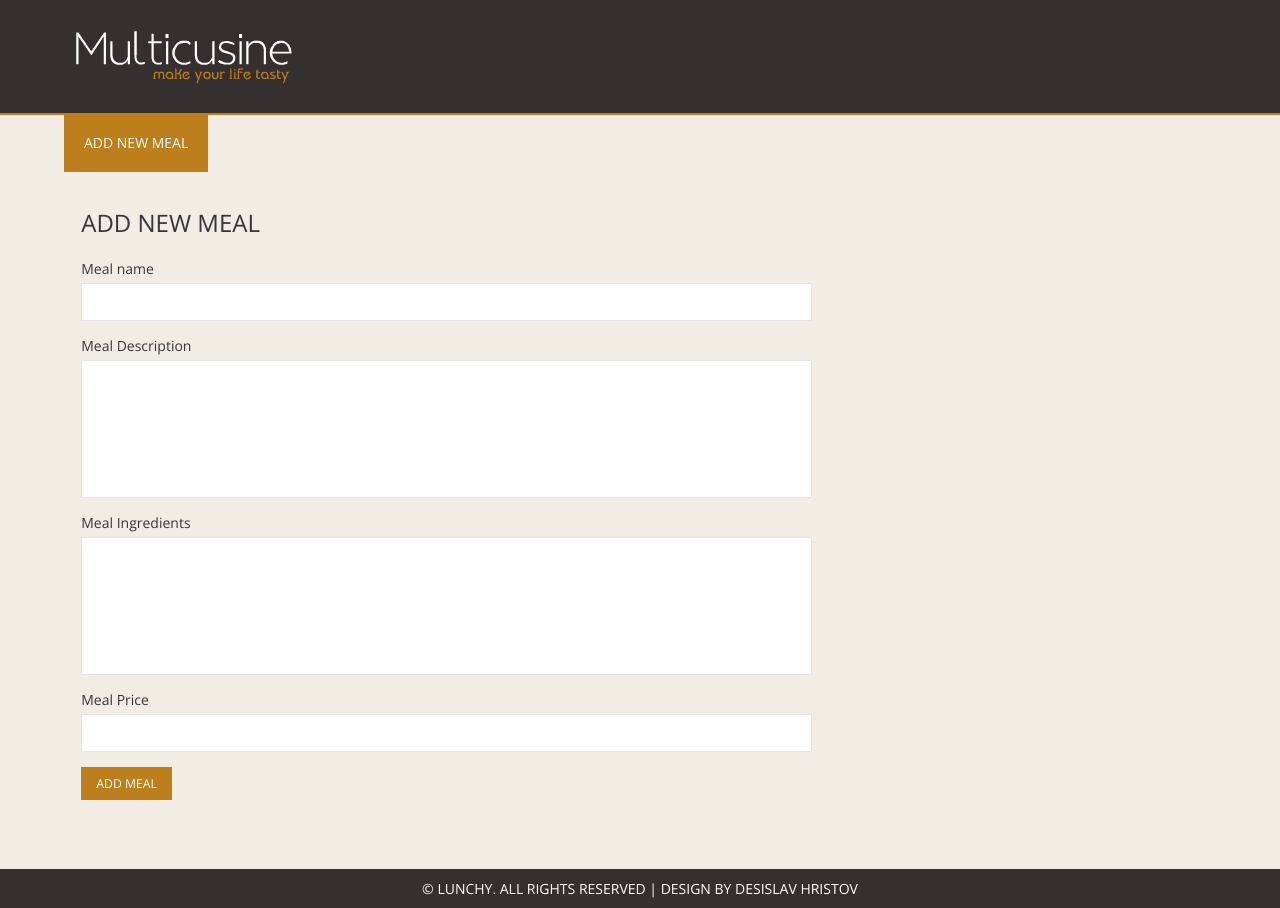
Repository: desso919/lunchy
Page: http://localhost/Lunchy/web/AddNewMealPage.jsp
These files come from the project's save history. The page is drawn as it stood at one moment and after the next save; the edit follows.
The browser window is 1280 px wide. The pictures show the whole page.
The page is served by Tomcat 9. Nobody is signed in. The application's start-up code is not run. Other server files are loaded and not shown.

Above is the page before, as saved 2018-01-13 22:14:16.

### Lunchy/WebContent/web/AddNewMealPage.jsp
<%@ page language="java" contentType="text/html; charset=ISO-8859-1"
	pageEncoding="ISO-8859-1"%>
<!DOCTYPE HTML>
<html>
<head>
<title>Lunchy</title>
<meta http-equiv="Content-Type" content="text/html; charset=utf-8" />
<meta name="viewport"
	content="width=device-width, initial-scale=1, maximum-scale=1">
<link href="css/style.css" rel="stylesheet" type="text/css" media="all" />
<link href='//fonts.googleapis.com/css?family=Open+Sans'
	rel='stylesheet' type='text/css'>
</head>
<body>
	<!----start-header----->
	<div class="header">
		<div class="wrap">
			<div class="top-header">
				<div class="logo">
					<a href="index.html"><img src="images/logo.png" title="logo" /></a>
				</div>
				<div class="clear"></div>
			</div>
			<!---start-top-nav---->
			<div class="top-nav">
				<div class="top-nav-left">
					<ul>
						<li class="active"><a href="index.html">Add New Meal</a></li>
					</ul>
				</div>
			</div>
			<!---End-top-nav---->
		</div>
	</div>
	<!----End-header----->
	<!---start-contact---->
	<div class="contact">
		<div class="wrap">
			<div class="section group">

				<div class="col span_2_of_3">
					<div class="contact-form">
						<h3>Add New Meal</h3>
						<form>
							<div>
								<span><label>Meal name</label></span> <span><input
									name="mealName" type="text" class="textbox"></span>
							</div>
							<div>
								<span><label>Meal Description</label></span> <span><textarea
										name="description"> </textarea></span>
							</div>
							<div>
								<span><label>Meal Ingredients</label></span> <span><textarea
										name="ingredients"> </textarea></span>
							</div>
							<div>
								<span><label>Meal Price</label></span> <span><input
									name="price" type="text" class="textbox"></span>
							</div>

							<div>
								<span><input type="submit" class="mybutton"
									value="Add Meal"></span>
							</div>
						</form>

					</div>
				</div>
			</div>
		</div>
	</div>
	</div>
	<div class="copy-right">
		<div class="top-to-page">
			<a href="#top" class="scroll"> </a>
			<div class="clear"></div>
		</div>
		<p>© Lunchy. All Rights Reserved | Design by Desislav Hristov</p>
	</div>
	<!---End-footer---->
</body>
</html>

### Lunchy/WebContent/web/css/style.css
/* reset */
html,body,div,span,applet,object,iframe,h1,h2,h3,h4,h5,h6,p,blockquote,pre,a,abbr,acronym,address,big,cite,code,del,dfn,em,img,ins,kbd,q,s,samp,small,strike,strong,sub,sup,tt,var,b,u,i,dl,dt,dd,ol,nav ul,nav li,fieldset,form,label,legend,table,caption,tbody,tfoot,thead,tr,th,td,article,aside,canvas,details,embed,figure,figcaption,footer,header,hgroup,menu,nav,output,ruby,section,summary,time,mark,audio,video{margin:0;padding:0;border:0;font-size:100%;font:inherit;vertical-align:baseline;}
article, aside, details, figcaption, figure,footer, header, hgroup, menu, nav, section {display: block;}
ol,ul{list-style:none;margin:0px;padding:0px;}
blockquote,q{quotes:none;}
blockquote:before,blockquote:after,q:before,q:after{content:'';content:none;}
table{border-collapse:collapse;border-spacing:0;}
/* start editing from here */
a{text-decoration:none;}
.txt-rt{text-align:right;}/* text align right */
.txt-lt{text-align:left;}/* text align left */
.txt-center{text-align:center;}/* text align center */
.float-rt{float:right;}/* float right */
.float-lt{float:left;}/* float left */
.clear{clear:both;}/* clear float */
.pos-relative{position:relative;}/* Position Relative */
.pos-absolute{position:absolute;}/* Position Absolute */
.vertical-base{	vertical-align:baseline;}/* vertical align baseline */
.vertical-top{	vertical-align:top;}/* vertical align top */
nav.vertical ul li{	display:block;}/* vertical menu */
nav.horizontal ul li{	display: inline-block;}/* horizontal menu */
img{max-width:100%;}
/*end reset*/
body{
	background:#F1EDE4;
	font-family:Arial, Helvetica, sans-serif;
}
/*----start-wrap-----*/
.wrap{
	width:80%;
	margin:0 auto;
}
/*----start-header-----*/
.header{
	background:#352f2f;
	border-bottom:2px solid #bd7f1c;
}
.logo{
	float:left;
}
.social-icons{
	float:right;
	margin-top: 1.1%;
}
.social-icons ul li{
	display:inline-block;
}
.social-icons ul li a{
	color:#363638;
	font-family: 'Open Sans', sans-serif;
	font-size:0.875em;
	transition: 0.5s ease;
	-o-transition: 0.5s ease;
	-webkit-transition: 0.5s ease;
}
.social-icons ul li a:hover{
	color:#026660;
}
.social-icons ul li a img{
	vertical-align:middle;
	padding-right: 5px;
}
/*------start-top-nav------*/
.top-nav {
	background:#4a4444;
}
.top-nav-left{
	float:left;
}
.top-nav-right{
	float:right;
	padding: 7px 10px;
}
.top-nav-left ul li{
	display:inline-block;
	float:left;
	border-left:1px solid #3D3D3D;
}
.top-nav-left  ul li:nth-child(1){
	border:none;
}
.top-nav-left ul li a{
	padding:20px;
	display:block;
	color:#FFFFFF;
	font-family: 'Open Sans', sans-serif;
	text-transform: uppercase;
	font-size: 0.875em;
}
.top-nav-left li.active a, .top-nav-left li a:hover {
	background:#bd7f1c;
}
.top-header {
	padding: 20px 0;
}
.top-nav-right input[type="submit"]{
	background: url(../images/search-icon.png) no-repeat 42% 50% #bd7f1c;
	padding:14px 20px;
	border: none;
	display: block;
	float: left;
	margin:0;
	outline:none;
	cursor:pointer;
	transition: 0.5s ease;
	-o-transition: 0.5s ease;
	-webkit-transition: 0.5s ease;
}
.top-nav-right input[type="submit"]:hover{
	background: url(../images/search-icon.png) no-repeat 42% 50% #996004;
}
.top-nav-right input[type="text"]{
	border:none;
	float:left;
	padding:14px 5px;
	outline:none;
	display: block;
	margin:0;
	-webkit-apperance:none;
}
/*---start-content-----*/
.top-grid{
	width: 31.33%;
	float: left;
	text-align: center;
	margin-right: 3%;
	font-family: 'Open Sans', sans-serif;
	background:#EAE4D8;
	padding: 1.5em 0;
	border-top:5px solid #BD7F1C;
	margin-top: -4em;
	-webkit-box-shadow: 0px 56px 36px -60px #121D12;
	-moz-box-shadow: 0px 56px 36px -60px #121D12;
	-o-box-shadow: 0px 56px 36px -60px #121D12;
}
.top-grid h3{
	color: #363638;
	font-size:1.5em;
	text-transform:uppercase;
}
.top-grid p{
	font-family: Arial, Helvetica, sans-serif;
	font-size: 0.875em;
	color:#816943;
	line-height: 1.5em;
	margin: 0.5em auto 0.8em auto;
	width: 90%;
}
.top-grid img{
	display: inline-block;
}
.button{
	color: #FFF;
	font-size: 0.875em;
	text-transform: uppercase;
	padding:10px 15px;
	border:none;
	display: inline-block;
	background:#BD7F1C;
	margin-top:10px;
	-webkit-transition: all 0.3s ease-out;
	-moz-transition: all 0.3s ease-out;
	-ms-transition: all 0.3s ease-out;
	-o-transition: all 0.3s ease-out;
	transition: all 0.3s ease-out;
}
.button:hover{
	background:#363638;
	color:#FFF;
}
.top-grids {
	margin: 0 0 3em 0;
}
.last-topgrid{
	margin:0;
	margin-top: -4em;
}
/*----start---mid-grid-----*/
.mid-grid h1{
	font-size:2em;
	font-family: 'Open Sans', sans-serif;
	color:#363638;
	text-transform:uppercase;
}
.mid-grid h2{
	font-size:1em;
	font-family: 'Open Sans', sans-serif;
	color:#BD7F1C;
	margin: 0.5em 0;
}
.mid-grid p{
	font-size: 0.875em;
	font-family: 'Open Sans', sans-serif;
	color:#816943;
	width: 73%;
	margin: 0 auto;
	line-height: 1.8em;
	margin-bottom: 1em;
}
.mid-grid {
	text-align: center;
	font-family: 'Open Sans', sans-serif;
	margin: 4em 0 0em 0;
	background:#EAE4D8;
	padding: 3em 0;
}

.mid-grid.button{
	display:block;
}
.button1{
	color: #FFF;
	font-size: 0.875em;
	text-transform: uppercase;
	padding:10px 15px;
	border: 1px solid #EEE;
	margin-top:10px;
	display: inline-block;
	background:#BD7F1C;
	-webkit-transition: all 0.3s ease-out;
	-moz-transition: all 0.3s ease-out;
	-ms-transition: all 0.3s ease-out;
	-o-transition: all 0.3s ease-out;
	transition: all 0.3s ease-out;
}
.button1:hover{
	background:#363638;
	color:#FFF;
}
/*-----bottom-grids----*/
.bottom-grid1 {
	width: 30%;
	float:left;
	margin-right: 3%;
}
.bottom-last {
	margin-right:0;
}
.bottom-grids{
	font-family: 'Open Sans', sans-serif;
	padding: 2em 0 3em 0;
}
.bottom-grid1 h3,.bottom-grid2 h3{
	color:#aa8036;
	font-family: 'Open Sans', sans-serif;
	font-size:1.5em;
	padding: 15px 0px 15px 0px;
	border-bottom: 1px solid #E9E9E9;
	margin-bottom: 13px;
	text-transform: uppercase;
}
.bottom-grid1 span,.bottom-grid2 span{
	color: #BD7F1C;
	font-family: 'Open Sans', sans-serif;
	font-size: 16px;
}
.bottom-grid1 p,.bottom-grid2 p{
	font-size: 0.875em;
	color:#816943;
	line-height: 1.6em;
	font-family: Arial, Helvetica, sans-serif;
	padding: 8px 0px 10px 0px;
}
.bottom-grid1 ul li a{
	display:block;
	color: #816943;
	font-family: Arial, Helvetica, sans-serif;
	font-size:0.875em;
	padding:8px 0px 8px 10px;;
	background:url(../images/marker.png) no-repeat 0;
	transition: 0.5s ease;
	-o-transition: 0.5s ease;
	-webkit-transition: 0.5s ease;
}
.bottom-grid1 ul li a:hover{
	color:#BD7F1C;
}
.bottom-grid-fristlink{
	background: #026660;
	padding: 10px;
	color: #fff;
	font-family: 'Open Sans', sans-serif;
	font-weight: bold;
	transition: all 0.3s;
}
.bottom-grid-fristlink img{
	vertical-align:middle;
}
.bottom-grid-fristlink:hover{
	color:#000;
}
.bottom-grid2 ul li{
	display: inline-block;
	width:46%;
	padding:0px 5px;
}
.bottom-grid2 {
	float: left;
	width: 33%;
	margin-right: 3%;
}
.bottom-mid span{
	color:#BD7F1C;
}
.bottom-mid a{
	background:#BD7F1C;
}
.bottom-last a{
	background:#BD7F1C;
}
.bottom-last span{
	color:#BD7F1C;
}
.gallery li a img{
	display:block;
}
/*---footer----*/
.footer{
	background:#574d41;
	padding:20px 0px;
	margin-top: 30px;
}
.footer-grid{
	float:left;
	width: 24%;
	margin-right: 2%;
}
.footer-grid h3{
	font-family: 'Open Sans', sans-serif;
	color: #FFF;
	font-size:1.2em;
	text-transform: uppercase;
	padding: 10px 0 3px 0px;
}
.footer-grid p{
	font-size: 0.85em;
	padding:5px 0;
	color:#A3A3A3;
	line-height: 1.8em;
	font-family: Arial, Helvetica, sans-serif;
}
.footer-grid a{
	font-family: 'Open Sans', sans-serif;
	color: #BD7F1C;
	font-size: 0.875em;
	text-transform: uppercase;
	background:#FFF;
	padding: 10px 15px;
	display: inline-block;
	margin: 9px 0;
	-webkit-transition: all 0.3s ease-out;
	-moz-transition: all 0.3s ease-out;
	-ms-transition: all 0.3s ease-out;
	-o-transition: all 0.3s ease-out;
	transition: all 0.3s ease-out;
}
.footer-grid a:hover{
	background:#BD7F1C;
	color:#FFF;
}
.footer-grid ul li{
	display:block;
}
.center-grid a{
	background: none;
	padding: 0px;
	color:#C2C2C2;
	margin: 5px;
	border-bottom: 1px ridge rgba(192, 192, 192, 0.13);
	padding: 0px 0px 9px 0px;
}
.center-grid{
	width:20%;
}
.center-grid a:hover{
	background:none;
}
.center-grid ul{
	margin-top:5px;
}
.twitts p label{
	font-weight:bold;
	font-size:1em;
	cursor:pointer;
	padding-right:5px;
}
.twitts span{
	display:block;
	color:#BD7F1C;
	font-family: 'Open Sans', sans-serif;
	-webkit-transition: all 0.3s ease-out;
	-moz-transition: all 0.3s ease-out;
	-ms-transition: all 0.3s ease-out;
	-o-transition: all 0.3s ease-out;
	transition: all 0.3s ease-out;
	font-size:0.85em;
}
.twitts span:hover{
	color:#fff;
	cursor:pointer;
}
/*----copy-right-----*/
.copy-right{
	text-align:center;
	padding:10px 0px;
	background:#352F2F;
	position:relative;
}
.copy-right p{
	font-family: 'Open Sans', sans-serif;
	color: #FFF;
	font-size: 0.875em;
	text-transform: uppercase;
}
.copy-right p a{
	color:#BD7F1C;
	font-family: 'Open Sans', sans-serif;
	-webkit-transition: all 0.3s ease-out;
	-moz-transition: all 0.3s ease-out;
	-ms-transition: all 0.3s ease-out;
	-o-transition: all 0.3s ease-out;
	transition: all 0.3s ease-out;
}
.copy-right p a:hover{
	color:#fff;
}
/*---about-us----*/
.about-us {
	padding: 30px 0 50px 0;
}
.about-header h3{
	font-family: 'Open Sans', sans-serif;
	font-size: 1.5em;
	color: #363638;
	text-transform: uppercase;
}
.about-info a{
	text-transform: uppercase;
	font-size:1em;
	font-family: 'Open Sans', sans-serif;
	color:#BD7F1C;
	transition: 0.5s ease;
	-o-transition: 0.5s ease;
	-webkit-transition: 0.5s ease;
	padding: 1em 0 0.5em 0;
	display: block;
}
.about-info p{
	font-size: 0.85em;
	color: #816943;
	font-family: Arial, Helvetica, sans-serif;
	line-height: 1.8em;
}
/*-----specials-heading----*/
.specials-heading h5{
	float: left;
	width: 33%;
	height: 1px;
	background: #D1D1D1;
	margin: 24px 0px 0px 0px;
}
/*----special-grid------*/
.special-grid {
	float: left;
	width: 32%;
	margin-right: 2%;
	text-align: center;
}
.specials {
	margin-top: 2em;
}
.special-grid img{
	width:100%;
}
.special-grid a{
	text-transform: uppercase;
	font-size: 1.2em;
	font-family: 'Open Sans', sans-serif;
	color:#BD7F1C;
	transition: 0.5s ease;
	-o-transition: 0.5s ease;
	-webkit-transition: 0.5s ease;
	padding: 0.3em 0;
	display: block;
}
.special-grid p{
	font-size: 0.85em;
	color: #816943;
	font-family: Arial, Helvetica, sans-serif;
	padding: 0em 1em 1em 1em;
	line-height: 1.5em;
}
.spe-grid{
	margin: 0px;
}
.specials-grids {
	padding: 25px 0 60px 0;
}
/*-----specials-heading----*/
.specials-heading h3{
	font-family: 'Open Sans', sans-serif;
	font-size: 1.5em;
	color:#363638;
	text-transform: uppercase;
}
/*----start-testmonial-grid----*/
.testmonial-grid{
	text-align:center;
}
.testmonial-grid h3{
	font-family: 'Open Sans', sans-serif;
	font-size:1.8em;
	color: #363638;
	text-align: center;
	text-transform: uppercase;
	padding: 0em 0 0.5em 0;
}
.testmonial-grid p{
	font-size: 0.875em;
	color:#816943;
	font-family: Arial, Helvetica, sans-serif;
	padding: 0em 1em 1em 1em;
	line-height: 1.8em;
}
.testmonial-grid a{
	font-size: 1.2em;
	font-family: 'Open Sans', sans-serif;
	color:#BD7F1C;
}
.testmonials{
	background:#EAE4D8;
	padding: 30px 0;
}
/*---start-services----*/
.services {
	padding: 30px 0 0px 0;
}
.services-header h3{
	font-family: 'Open Sans', sans-serif;
	font-size: 1.5em;
	color: #363638;
	text-transform: uppercase;
}
.services-grid{
	width:25%;
	float:left;
}
.services-grid a{
	text-transform: uppercase;
	font-size: 1em;
	font-family: 'Open Sans', sans-serif;
	color:#BD7F1C;
	transition: 0.5s ease;
	-o-transition: 0.5s ease;
	-webkit-transition: 0.5s ease;
	padding: 1em 0 0.5em 0;
	display: block;
}
.services-grid p{
	font-size: 0.875em;
	color:#816943;
	font-family: Arial, Helvetica, sans-serif;
	line-height: 1.8em;
}
/*---start-gallery---*/
.gallerys {
	font-family: 'Open Sans', sans-serif;
}
.gallerys h3{
	font-family: 'Open Sans', sans-serif;
	font-size: 1.5em;
	color: #363638;
	text-transform: uppercase;
	padding:1em 0;
}
.gallery-grid{
	width: 31.44%;
	float:left;
}
.gallery-grid p {
	font-size: 0.875em;
	padding: 0.2em 0em 1.2em 0em;
	color: #6a6a6a;
	line-height: 1.8em;
	font-family: Arial, Helvetica, sans-serif;
}
.gallery-button a {
	color: #FFF;
	font-size: 0.85em;
	text-transform: uppercase;
	padding:8px 10px;
	border: 1px solid #EEE;
	display: inline-block;
	background:#BD7F1C;
}
.gallery-button a:hover {
	background: #363638;
	color: #FFF;
}
.grid2{
	margin: 0px 35px;
}
.gallery-grids {
	margin-bottom: 30px;
}
.gallery-grid a{
	display:inline-block;
	position:relative;
}
.gallery-grid a img{
	display:block;
	max-width:100%;
}
.gallery-grid a span {
	position:absolute;
	width: 100%;
	height: 100%;
	top: 0px;
	left: 0px;
	text-align: center;
	line-height:4em;
	color:#fff;
	font-family: 'Open Sans', sans-serif;
	text-shadow: 0px 1px 1px #000;
	font-size:3em;
	opacity: 0;
	filter: alpha(opacity=0); /* internet explorer */
	-ms-filter: "progid:DXImageTransform.Microsoft.Alpha(opacity=0)"; /*IE8*/
	background: rgba(64, 72, 109, 0.61);
	-moz-transition: opacity 0.3s linear;
	-o-transition: opacity 0.3s linear;
	-ms-transition: opacity 0.3s linear;
	transition: opacity 0.3s linear;
}
.gallery-grid a:hover span {
	opacity: 1;
	filter: alpha(opacity=99); /* internet explorer */
	-ms-filter: "progid:DXImageTransform.Microsoft.Alpha(opacity=99)"; /*IE8*/
}
.projects-bottom-paination ul li{
	display:inline-block;
}
.projects-bottom-paination{
	text-align: center;
	padding: 55px 0;
	font-family: 'Open Sans', sans-serif;
}
.projects-bottom-paination li a{
	font: 400 12px/1.2em Arial;
	color: #5a5a5a;
	padding: 11px 18px;
	background: #fff;
	text-decoration: none;
	text-shadow: none;
	border: 1px solid #e9e9e9;
	margin-top: 16px;
}
.projects-bottom-paination li.active a, .projects-bottom-paination li a:hover {
	background:#BD7F1C;
	color:#fff;
}
.gallery-grid h4{
	font-family: 'Open Sans', sans-serif;
	font-size: 18px;
	line-height: 22px;
	text-transform: uppercase;
	color: #363638;
	-webkit-transition: all 0.3s ease-out;
	-moz-transition: all 0.3s ease-out;
	-ms-transition: all 0.3s ease-out;
	-o-transition: all 0.3s ease-out;
	transition: all 0.3s ease-out;
	cursor: pointer;
	padding: 13px 0px 2px 0px;
}
.gallery-grid h4:hover{
	color:#BD7F1C;
}
/*---contect----*/
/*  Contact Form  ============================================================================= */
.section {
	clear: both;
	padding: 0px;
	margin: 0px;
}
.group:before,
.group:after {
    content:"";
    display:table;
}
.group:after {
    clear:both;
}
.group {
    zoom:1;
}
.col{
	display: block;
	float:left;
	margin: 1% 0 1% 1.6%;
}
.col:first-child{
	margin-left:0;
}
.span_2_of_3 {
	width: 63.1%;
	padding:1.5%;
}
.span_1_of_3 {
	width: 29.2%;
	padding:1.5%;
}
.span_2_of_3  h3,
.span_1_of_3  h3 {
	font-family: 'Open Sans', sans-serif;
	font-size: 1.5em;
	color: #363638;
	text-transform: uppercase;
	padding:5px 0;
	margin-bottom:10px;
}
.contact-form{
	position:relative;
	padding-bottom:30px;
}
.contact-form div{
	padding:5px 0;
}
.contact-form span{
	display:block;
	font-size: 0.875em;
	color: #363638;
	padding-bottom:5px;
	font-family: 'Open Sans', sans-serif;
}
.contact-form input[type="text"],.contact-form textarea{
		    padding:8px;
			display:block;
			width:98%;
			border: none;
			outline:none;
			color:#363638;
			font-size:1.2em;
			font-family:Arial, Helvetica, sans-serif;
			border: 1px solid rgba(192, 192, 192, 0.41);
			-webkit-appearance:none;
}
.contact-form input[type="text"]:focus,.contact-form textarea:focus{
	border:1px solid #F1DDBD;
}
.contact-form textarea{
		resize:none;
		height:120px;
}
.mybutton{
	color: #FFF;
	font-size: 0.875em;
	text-transform: uppercase;
	padding:8px 15px;
	border: 1px solid #EEE;
	display: inline-block;
	background:#BD7F1C;
	border:none;
	outline: none;
	cursor:pointer;
	font-family: 'Open Sans', sans-serif;
	-webkit-appearance:none;
}
.mybutton:hover{
	background:#222;
	color: #FFF;
}
.company_address{
}
.company_address p{
	font-size: 0.875em;
	color:#816943;
	line-height: 1.8em;
	font-family: Arial, Helvetica, sans-serif;
}
.company_address p span a{
	text-decoration:underline;
	color:#947037;
	cursor:pointer;
}
.company_address p span a:hover{
	text-decoration:none;
}
.map{
	margin-bottom:15px;
}

/***** Media Quries *****/
@media only screen and (max-width: 1024px) {
	.wrap{
		width:95%;
	}
}
/*  GO FULL WIDTH AT LESS THAN 800 PIXELS */

@media only screen and (max-width: 800px) {
	.wrap{
		width:95%;
	}
	.span_2_of_3 {
		width:94%;
		padding:3%;
	}
	.col{
		margin: 1% 0 1% 0%;
	}
	.span_1_of_3 {
		width:94%;
		padding:3%;
	}
}

/*  GO FULL WIDTH AT LESS THAN 640 PIXELS */

@media only screen and (max-width: 640px) and (min-width: 480px) {
	.wrap{
		width:95%;
	}
	.span_2_of_3 {
		width:94%;
		padding:3%;
	}
	.col{
		margin: 1% 0 1% 0%;
	}
	.span_1_of_3 {
		width:94%;
		padding:3%;
	}
   .contact-form input[type="text"],.contact-form textarea{
		width:97%;
	}
}
/*  GO FULL WIDTH AT LESS THAN 480 PIXELS */

@media only screen and (max-width: 480px) {
	.wrap{
		width:95%;
	}
	.span_2_of_3 {
		width:90%;
		padding:5%;
	}
	.col {
		margin:0%;
	}
	.span_1_of_3 {
		width:90%;
		padding:5%;
	}
	.contact-form input[type="text"],.contact-form textarea{
		width:92%;
	}
}
.contact-footer{
	border-top: 1px solid rgba(69, 69, 69, 0.13);
	padding: 25px 0px 0px 0px;
}
/*----responsive-design-----*/
@media only screen and (max-width: 1366px) and (min-width: 1280px) {
	.wrap{
		width:90%;
	}
}
@media only screen and (max-width: 1280px) and (min-width: 1024px) {
	.wrap{
		width:90%;
	}
}
@media only screen and (max-width: 1024px){
	.wrap{
		width:90%;
	}
	.bottom-grid2 ul li {
		width: 45.5%;
	}
	.bottom-grid2 ul li{
		padding:8px 5px;
	}
	.gallery-grid a span{
		line-height:3em;
	}
	.grid2 {
		margin: 0px 34px;
	}
	.gallery-grid {
		width: 30.7%;
	}
}
@media only screen and (max-width: 800px) {
	.wrap{
		width:95%;
	}
	.bottom-grid2 ul li{
		width:44.5%;
	}
	.gallery-grid {
		width: 30%;
   }
}
@media only screen and (max-width: 768px) {
.top-nav-right {
    float: right;
    padding: 7px 9px;
}
}
@media only screen and (max-width: 736px) {
.top-nav-left ul li a {
    padding: 17px;
	}
	}
	@media only screen and (max-width: 600px) {
	.top-nav-left ul li a {
    padding: 20px 6px;
}
}
@media only screen and (max-width: 640px) {
	.wrap{
		width:95%;
	}
	.top-nav-left ul li a{
		padding:20px 8px;
		font-size:0.8em;
	}
	.top-grid h3{
		font-size:1.2em;
	}
	.mid-grid p{
	   width:100%;
	}
	.mid-grid{
		padding:1em 0;
	}
	.bottom-grid1,.bottom-grid2{
		width:94%;
		padding:3%;
		margin-right:0;
	}
	.bottom-grids{
		padding:0;
	}
	.bottom-grid1 h3, .bottom-grid2 h3{
		padding:0;
	}
	.footer{
		margin-top:0;
		padding:0;
	}
	.footer-grid{
		width:94%;
		padding:3%;
		margin-right:0;
	}
	.services-grid{
		float:none;
		width:100%;
	}
    .gallery-grid{
       width:29%;
    }
}
@media only screen and (max-width: 480px) {
	.wrap{
		width:95%;
	}
	.top-nav-left ul li a{
		padding:15px 18px;
	}
	.top-grid{
		float:none;
		width:94%;
		padding:3%;
		margin-right:0;
		margin-top:15px;
	}
	.top-grids{
		margin:0;
	}
	.mid-grid{
		margin:1em 0 0 0;
	}
	.specials-grids{
		padding:5px 0;
	}
	.special-grid{
		float:none;
		width:94%;
		padding:3%;
		margin-right:0;
	}
	.gallery-grid{
		float:none;
		width:94%;
		padding:3%;
	}
	.grid2{
		margin:0;
	}
	.gallerys h3{
		padding:5px 0;
	}
	.gallery-grid a span{
		line-height:4em;
	}
	.gallery-grids{
		margin-bottom:0;
	}
	.projects-bottom-paination{
		padding:10px 0 20px 0;
	}
}
@media only screen and (max-width: 414px) {
.top-nav-left ul li a {
    padding: 15px 12px;
}
}
@media only screen and (max-width: 384px) {
.top-nav-left ul li a {
    padding: 15px 9px;
}
.logo img {
    max-width: 50%;
}
.logo {
    float: none;
    text-align: center;
}
.social-icons {
    float: none;
    text-align: center;
}
.mid-grid h1 {
    font-size: 1.5em;
}
@media only screen and (max-width: 320px) {
	.wrap{
		width:95%;
	}
	.social-icons ul li a img{
		padding-right:0;
	}
	.top-header{
		padding:10px 0;
	}
	.top-nav-left ul li a {
		padding: 15px 6.5px;
		font-size:0.7em;
   }
	.gallery-grid h4{
		padding:5px 0;
		font-size:1em;
	}
	.gallery-grid a span{
		line-height:3em;
	}
	.top-grid img {
    max-width: 17%;
}
.span_2_of_3 h3, .span_1_of_3 h3 {
    font-size: 1.3em;
}

}

After the next save:
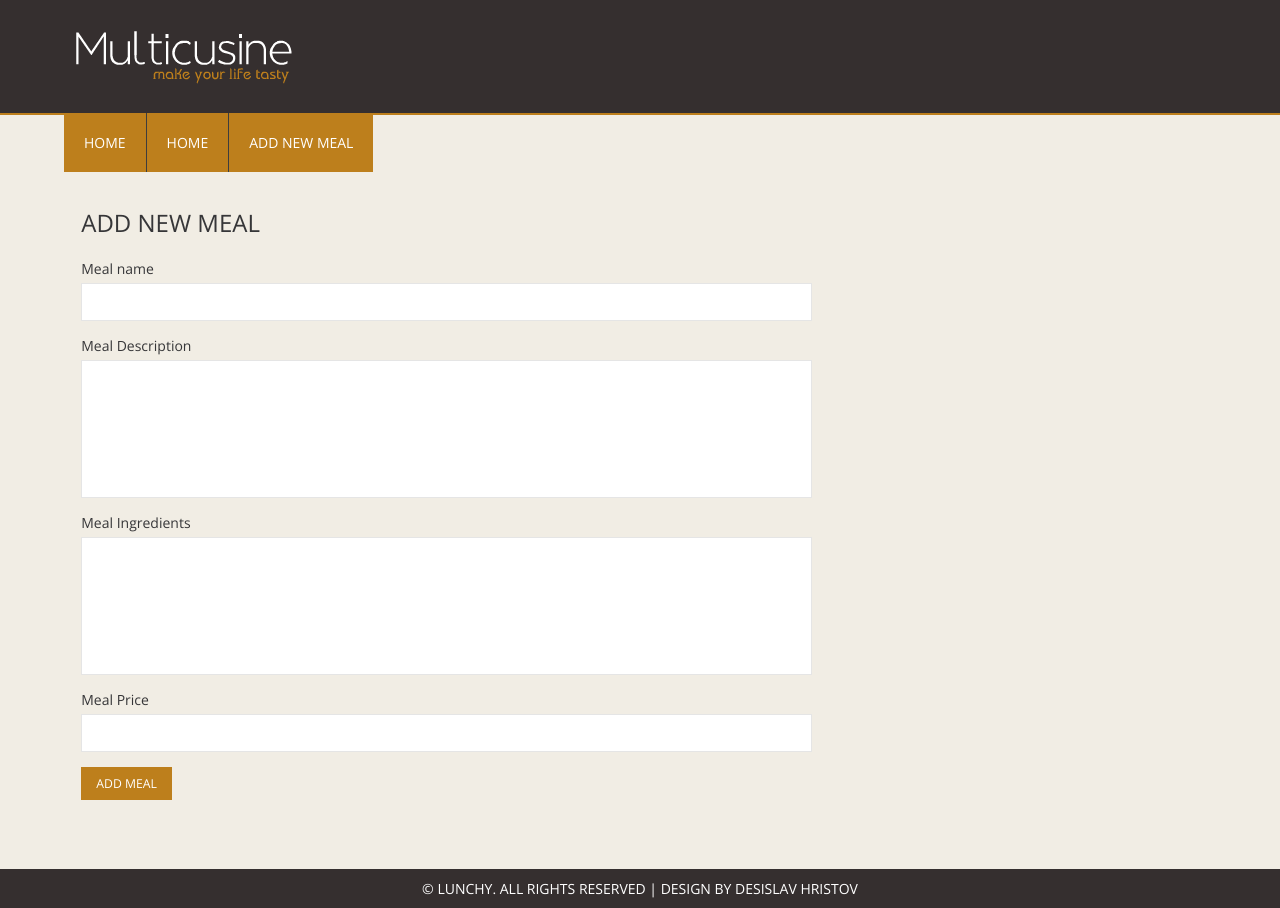
Saved 19 s later.
--- a/Lunchy/WebContent/web/AddNewMealPage.jsp
+++ b/Lunchy/WebContent/web/AddNewMealPage.jsp
@@ -25,6 +25,8 @@
 			<div class="top-nav">
 				<div class="top-nav-left">
 					<ul>
+						<li class="active"><a href="index.html">Home</a></li>
+						<li class="active"><a href="index.html">Home</a></li>
 						<li class="active"><a href="index.html">Add New Meal</a></li>
 					</ul>
 				</div>
